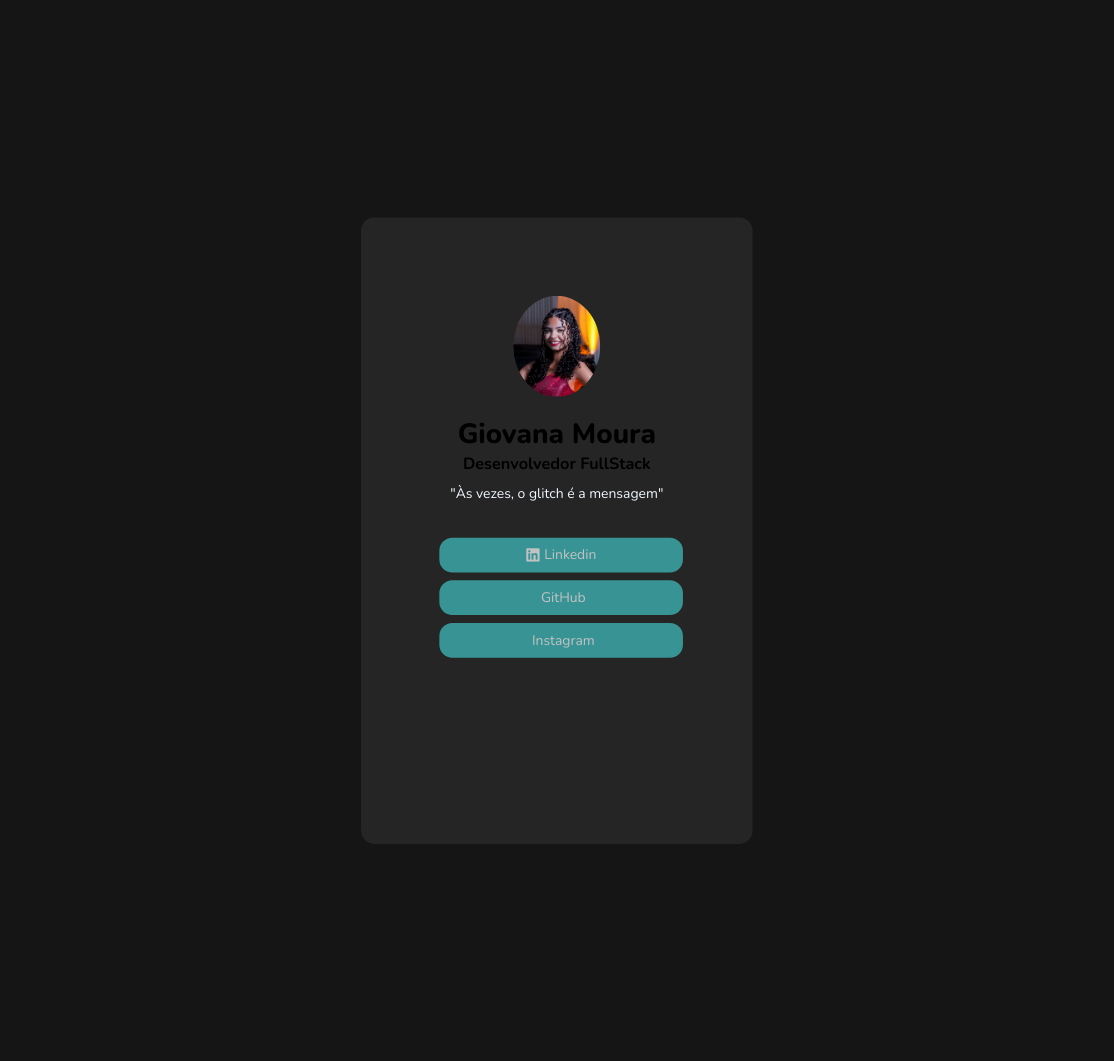
Repository: gimoli/linktree-giovana
Page: index.html
These files come from the project's save history. The page is drawn as it stood at one moment and after a run of saves; the edit follows.
The browser window is 1280 px wide. The pictures show the whole page, at 87% of full size.
Some icons come from a web library that is not loaded, so they are not drawn.

Above is the page before, as saved 2025-04-11 10:56:05.

After the next 7 saves:
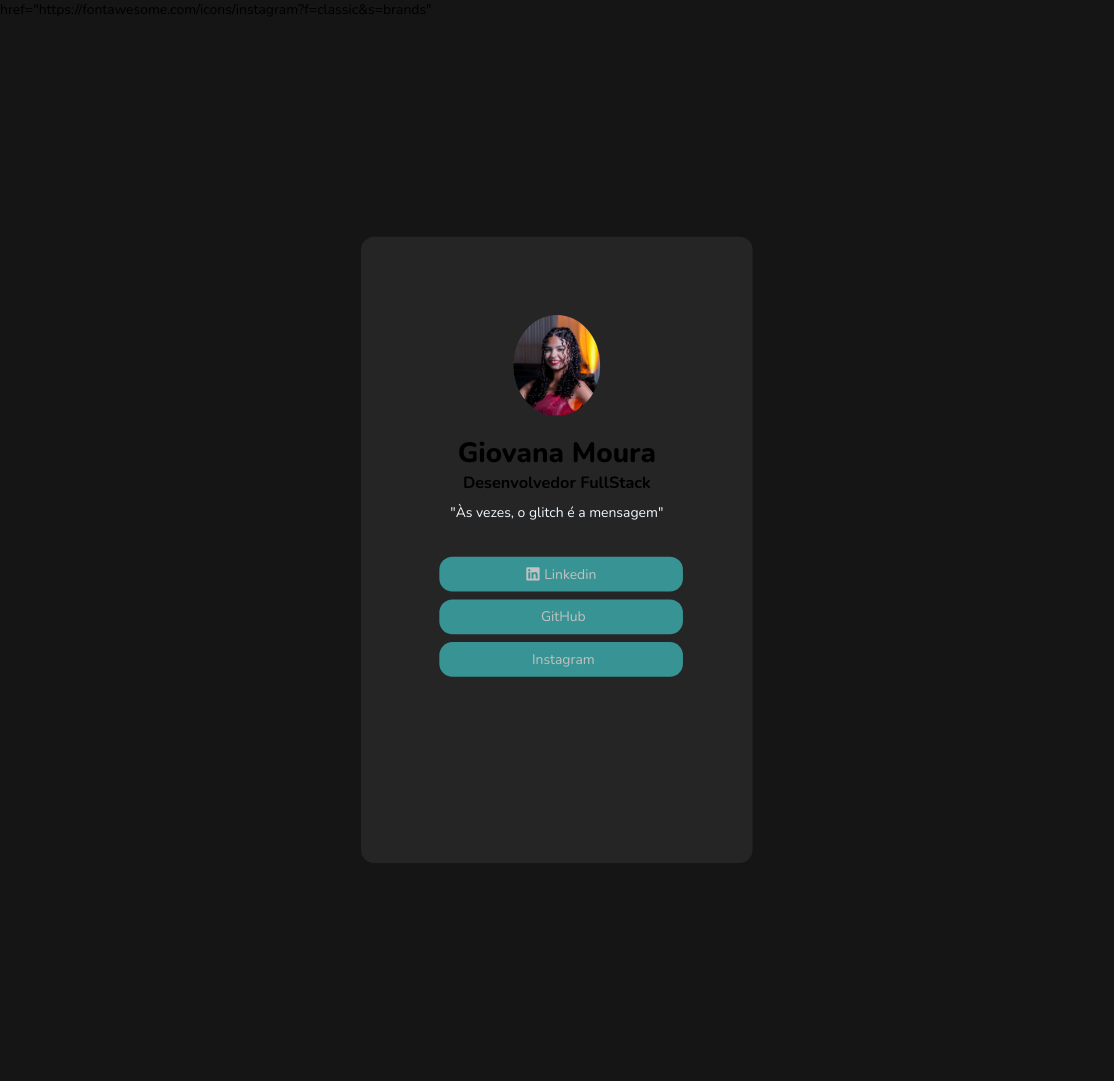
The 7 saves are shown as one change because they came seconds apart.
The last was saved 23 s later.
--- a/index.html
+++ b/index.html
@@ -9,7 +9,7 @@
 <link rel="preconnect" href="https://fonts.gstatic.com" crossorigin>
 <link href="https://fonts.googleapis.com/css2?family=Nunito:ital,wght@0,200..1000;1,200..1000&display=swap" rel="stylesheet">
 <link rel="stylesheet" type='text/css' href="https://cdn.jsdelivr.net/gh/devicons/devicon@latest/devicon.min.css" />
-<link rel="stylesheet" type="style.css">
+<link rel="stylesheet" type='text/css'> href="https://fontawesome.com/icons/instagram?f=classic&s=brands"
 </head>
 <body>
     <div class="container-main">

After the save that followed:
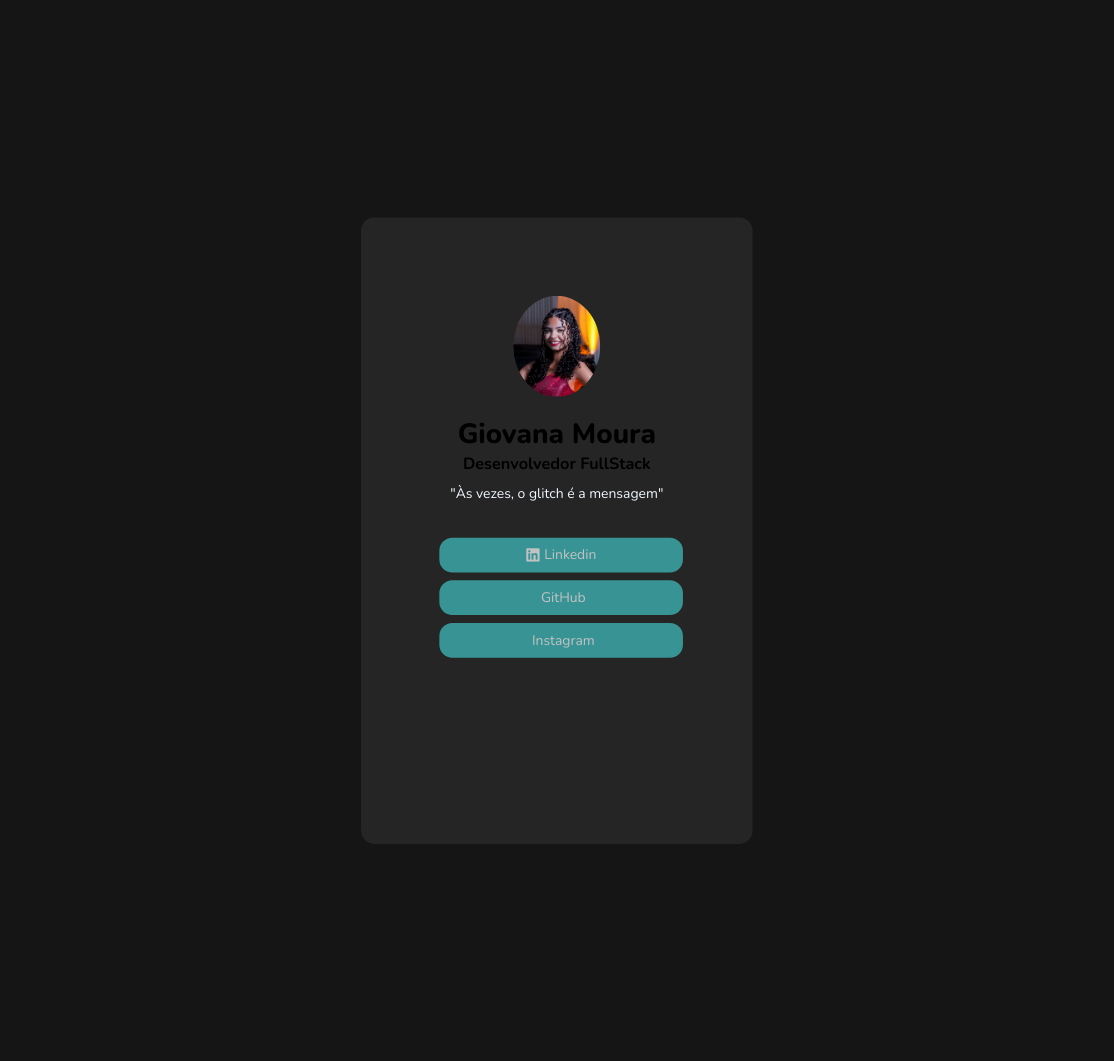
Saved 4 s later.
--- a/index.html
+++ b/index.html
@@ -9,7 +9,7 @@
 <link rel="preconnect" href="https://fonts.gstatic.com" crossorigin>
 <link href="https://fonts.googleapis.com/css2?family=Nunito:ital,wght@0,200..1000;1,200..1000&display=swap" rel="stylesheet">
 <link rel="stylesheet" type='text/css' href="https://cdn.jsdelivr.net/gh/devicons/devicon@latest/devicon.min.css" />
-<link rel="stylesheet" type='text/css'> href="https://fontawesome.com/icons/instagram?f=classic&s=brands"
+<link rel="stylesheet" type='text/css' href="https://fontawesome.com/icons/instagram?f=classic&s=brands"
 </head>
 <body>
     <div class="container-main">
